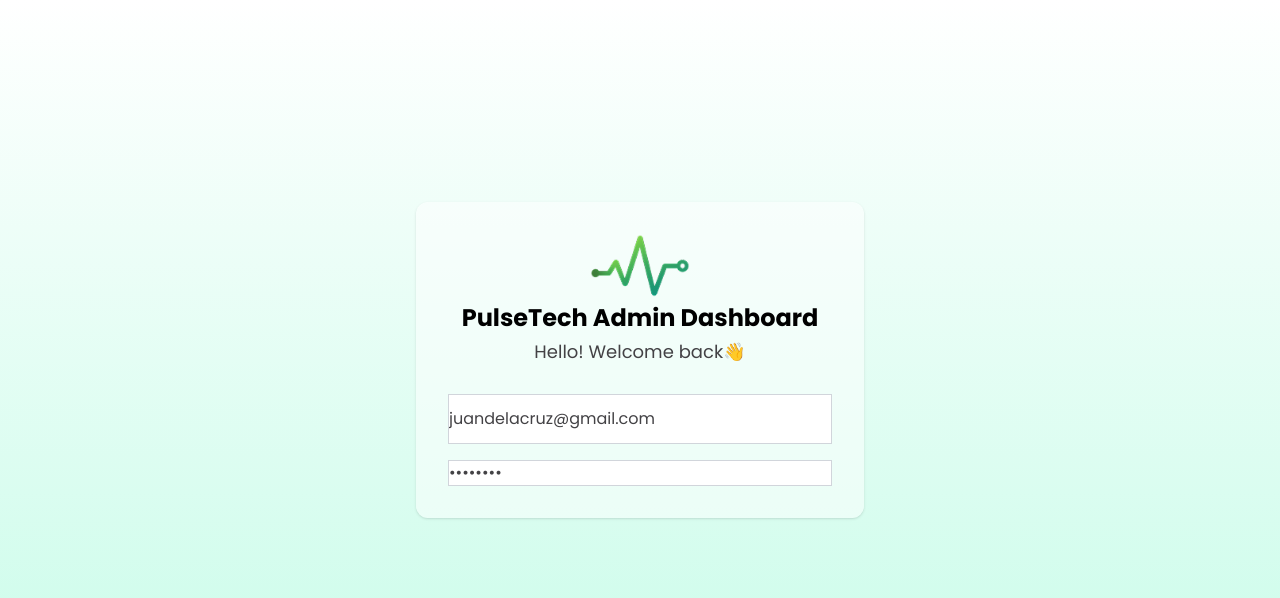
Repository: ShyrineJardin/pulse_admin
Page: /
An editor plug-in stored every save of this project. The page is shown before and after a run of saves, followed by the edit.
The browser window is 1280 px wide. The pictures show the whole page.
The project was rebuilt for these pictures with package versions that can differ from the ones it lists, and the page was loaded fresh each time.

Above is the page before, as saved 2026-03-25 10:56:17.

After the next 3 saves:
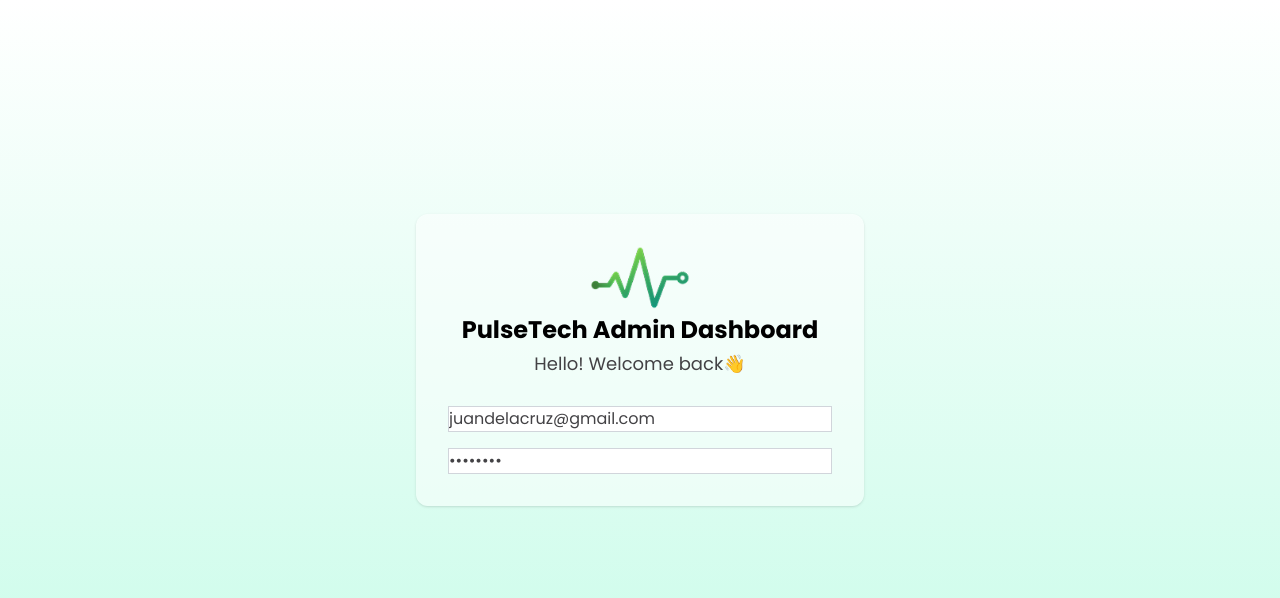
The 3 saves are shown as one change because they came seconds apart.
The last was saved 11 s later.
--- a/src/components/Login.jsx
+++ b/src/components/Login.jsx
@@ -11,7 +11,7 @@
 
                 <form action="">
                     <div className="flex flex-col gap-4 mt-6">
-                        <input type="email" placeholder="juandelacruz@gmail.com" className="bg-#F6F6F6 pt-3 pb-3 pr- placeholder:text-subtext border border-gray-300 focus:outline-none focus:ring-2 focus:ring-primary" />
+                        <input type="email" placeholder="juandelacruz@gmail.com" className="bg-#F6F6F6 p- placeholder:text-subtext border border-gray-300 focus:outline-none focus:ring-2 focus:ring-primary" />
                         <input type="password" placeholder="••••••••" className="bg-#F6F6F6 placeholder:text-subtext border border-gray-300 focus:outline-none focus:ring-2 focus:ring-primary" />
                     </div>
                 </form>

After the 2 saves that followed:
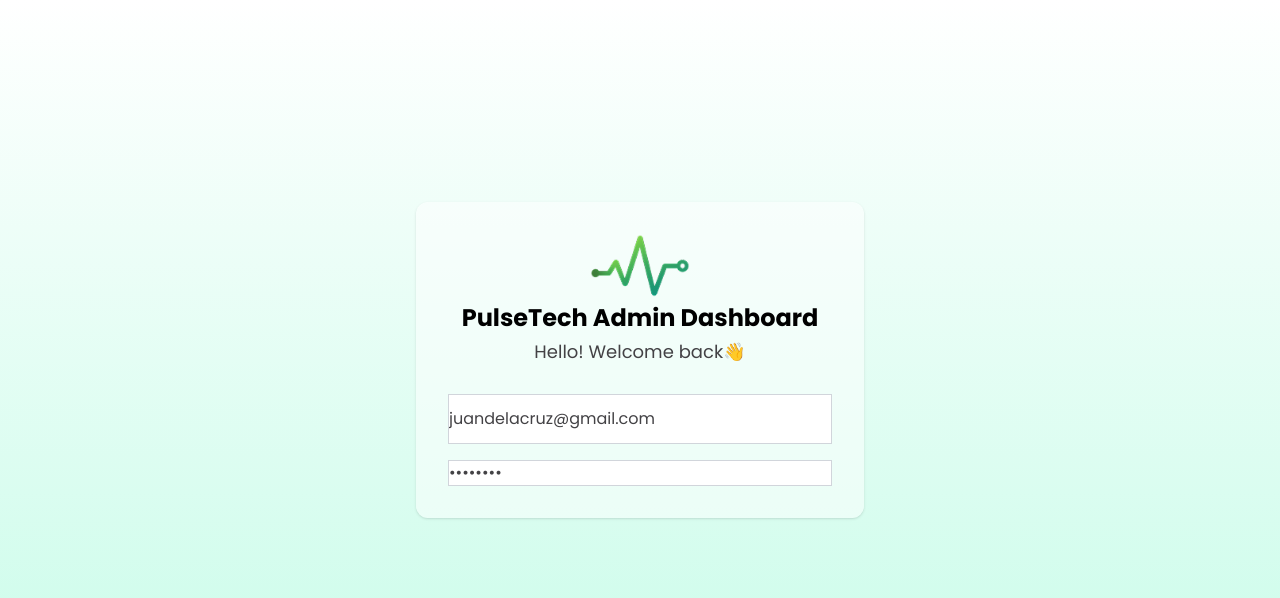
The 2 saves are shown as one change because they came seconds apart.
The last was saved 7 s later.
--- a/src/components/Login.jsx
+++ b/src/components/Login.jsx
@@ -11,7 +11,7 @@
 
                 <form action="">
                     <div className="flex flex-col gap-4 mt-6">
-                        <input type="email" placeholder="juandelacruz@gmail.com" className="bg-#F6F6F6 p- placeholder:text-subtext border border-gray-300 focus:outline-none focus:ring-2 focus:ring-primary" />
+                        <input type="email" placeholder="juandelacruz@gmail.com" className="bg-#F6F6F6 pt-3 pb-3 pr-2 placeholder:text-subtext border border-gray-300 focus:outline-none focus:ring-2 focus:ring-primary" />
                         <input type="password" placeholder="••••••••" className="bg-#F6F6F6 placeholder:text-subtext border border-gray-300 focus:outline-none focus:ring-2 focus:ring-primary" />
                     </div>
                 </form>
